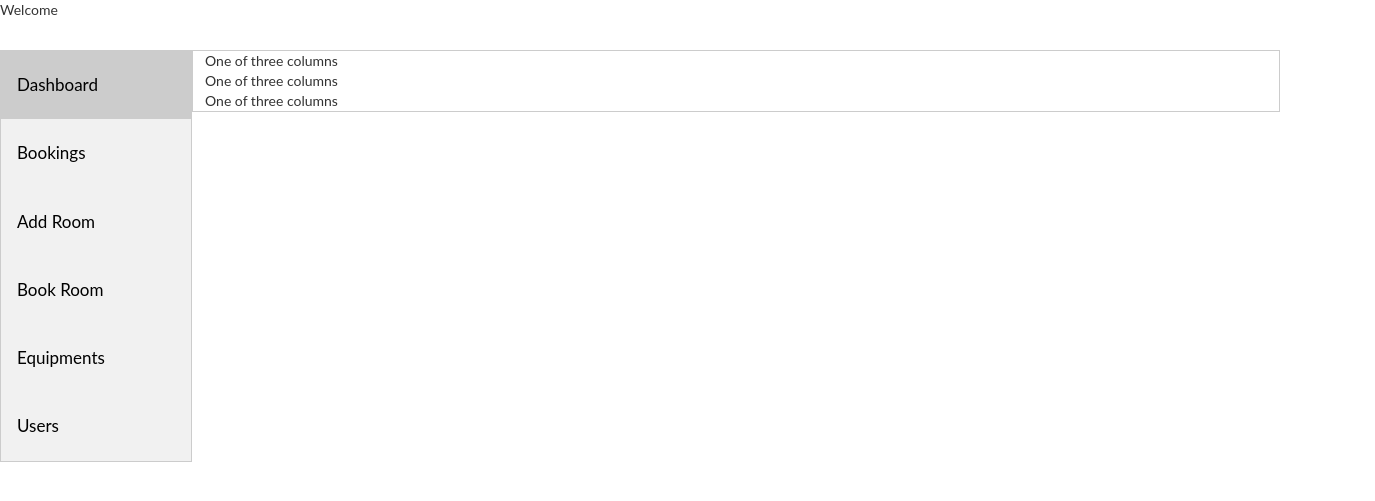
Repository: abhi608/visa_tutorial
Page: meetingroomapp/src/main/resources/static/dashboardView.html
The author's editor kept a copy of each file at every save. The page is drawn from the files as they stood at one save, then again after the next save.
The browser window is 1280 px wide. The page is 1375 px wide, so the pictures cover 1375 px, including what lies to the right of the window. The pictures show the whole page.

Above is the page before, as saved 2018-08-07 07:11:45.

### meetingroomapp/src/main/resources/static/dashboardView.html
<!DOCTYPE html>
<html>
<head>
<meta name="viewport" content="width=device-width, initial-scale=1">
<link rel="stylesheet" href="https://maxcdn.bootstrapcdn.com/bootstrap/3.3.7/css/bootstrap.min.css">
 <script src="https://ajax.googleapis.com/ajax/libs/jquery/3.3.1/jquery.min.js"></script>
 <script src="https://maxcdn.bootstrapcdn.com/bootstrap/3.3.7/js/bootstrap.min.js"></script>
<style>
* {box-sizing: border-box}
body {font-family: "Lato", sans-serif;}

/* Style the tab */
.tab {
    float: left;
    border: 1px solid #ccc;
    background-color: #f1f1f1;
    width: 15%;
    /*height: 300px;*/
}

/* Style the buttons inside the tab */
.tab button {
    display: block;
    background-color: inherit;
    color: black;
    padding: 22px 16px;
    width: 100%;
    border: none;
    outline: none;
    text-align: left;
    cursor: pointer;
    transition: 0.3s;
    font-size: 17px;
}

/* Change background color of buttons on hover */
.tab button:hover {
    background-color: #ddd;
}

/* Create an active/current "tab button" class */
.tab button.active {
    background-color: #ccc;
}

/* Style the tab content */
.tabcontent {
    float: left;
    padding: 0px 12px;
	border: 1px solid #ccc;
    width: 85%;
    border-left: 1px solid #ccc ;
    border-bottom: 1px solid #ccc;
    /* height: 300px;*/
}
</style>
</head>
<body>

<p>Welcome </p><br />


<div class="tab">
  <button class="tablinks" onclick="openCity(event, 'Dashboard')" id="defaultOpen">Dashboard</button>
  <button class="tablinks" onclick="openCity(event, 'Bookings')">Bookings</button>
  <button class="tablinks" onclick="openCity(event, 'AddRoom')">Add Room</button>
  <button class="tablinks" onclick="openCity(event, 'BookRoom')">Book Room</button>
  <button class="tablinks" onclick="openCity(event, 'Equipments')">Equipments</button>
  <button class="tablinks" onclick="openCity(event, 'Users')">Users</button>
</div>

<div id="Dashboard" class="tabcontent">
  <div class="container">
	  <div class="row">
	    <div class="col-md">
	      One of three columns
	    </div>
	    <div class="col-md">
	      One of three columns
	    </div>
	    <div class="col-md">
	      One of three columns
	    </div>
	  </div>
  </div>


</div>

<div id="Bookings" class="tabcontent">
  <h3>Bookings</h3>
  <p>Show Bookings</p>
</div>

<div id="AddRoom" class="tabcontent">
  <h3>Add Room</h3>
  <p>Add a new room</p>
</div>

<div id="BookRoom" class="tabcontent">
  <h3>Book a room</h3>
  <p>This will book a room</p>
</div>

<div id="Equipments" class="tabcontent">
  <h3>Equipments</h3>
  <p>Show Equipments</p>
</div>

<div id="Users" class="tabcontent">
  <h3>Users</h3>
  <p>Show all the rooms</p>
</div>




<script>
function openCity(evt, cityName) {
    var i, tabcontent, tablinks;
    tabcontent = document.getElementsByClassName("tabcontent");
    for (i = 0; i < tabcontent.length; i++) {
        tabcontent[i].style.display = "none";
    }
    tablinks = document.getElementsByClassName("tablinks");
    for (i = 0; i < tablinks.length; i++) {
        tablinks[i].className = tablinks[i].className.replace(" active", "");
    }
    document.getElementById(cityName).style.display = "block";
    evt.currentTarget.className += " active";
}

// Get the element with id="defaultOpen" and click on it
document.getElementById("defaultOpen").click();
</script>

</body>
</html>

After the next save:
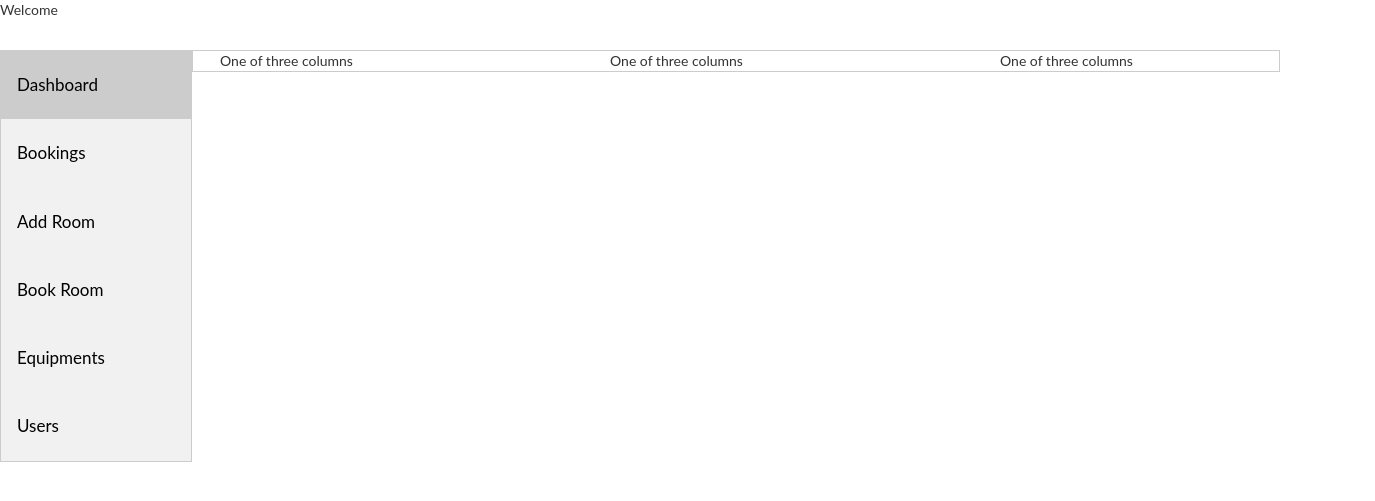
Saved 6 min 1 s later.
--- a/meetingroomapp/src/main/resources/static/dashboardView.html
+++ b/meetingroomapp/src/main/resources/static/dashboardView.html
@@ -72,20 +72,18 @@ body {font-family: "Lato", sans-serif;}
 <div id="Dashboard" class="tabcontent">
   <div class="container">
 	  <div class="row">
-	    <div class="col-md">
+	    <div class="col-sm-4">
 	      One of three columns
 	    </div>
-	    <div class="col-md">
+	    <div class="col-sm-4">
 	      One of three columns
 	    </div>
-	    <div class="col-md">
+	    <div class="col-sm-4">
 	      One of three columns
 	    </div>
 	  </div>
   </div>
-
-
-</div>
+ </div>
 
 <div id="Bookings" class="tabcontent">
   <h3>Bookings</h3>
